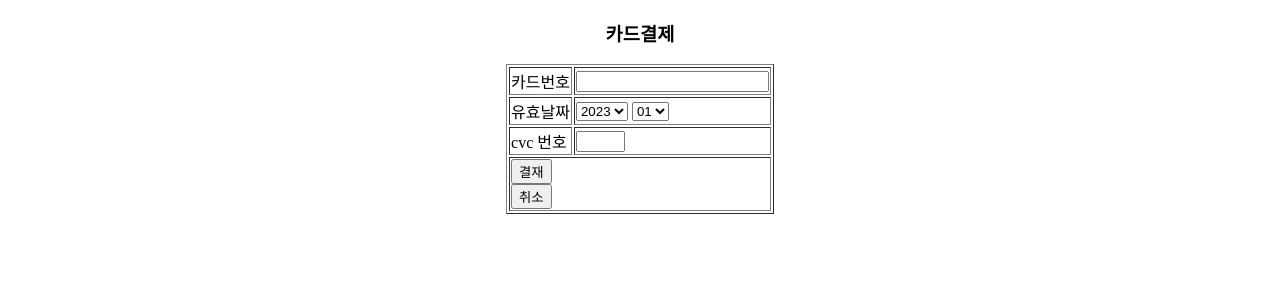
Repository: Juseong-Bang/jspWebProject
Page: http://localhost/FilmBooking/card.jsp
These files come from the project's save history. The page is drawn as it stood at one moment and after the next save; the edit follows.
The browser window is 1280 px wide. The pictures show the whole page.
The page is served by Tomcat 9.

Above is the page before, as saved 2017-12-02 08:50:04.

After the next save:
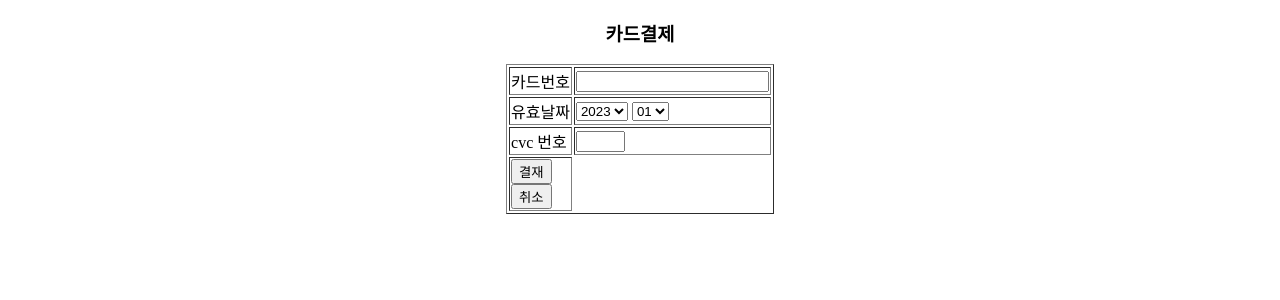
Saved 13 s later.
--- a/FilmBooking/WebContent/card.jsp
+++ b/FilmBooking/WebContent/card.jsp
@@ -44,7 +44,7 @@
 				<td><input type="password" size=3 name=cvc /></td>
 			</tr>
 			<tr>
-				<td colspan=2 width=150>
+				<td >
 					<form method="post" action="control.jsp">
 						<input type="submit" value="결재" /> <input type="hidden"
 							name="action" value="resv" /> <input type="hidden" name="oper"

After the save that followed:
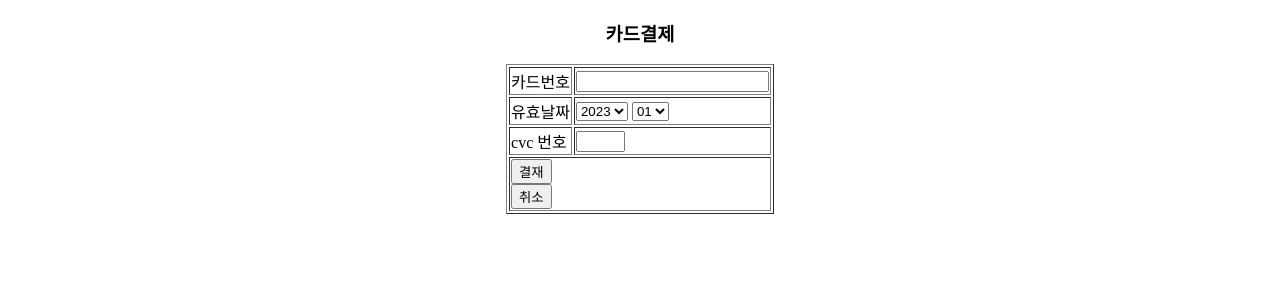
Saved 23 s later.
--- a/FilmBooking/WebContent/card.jsp
+++ b/FilmBooking/WebContent/card.jsp
@@ -44,9 +44,9 @@
 				<td><input type="password" size=3 name=cvc /></td>
 			</tr>
 			<tr>
-				<td >
+				<td colspan=2 width=150>
 					<form method="post" action="control.jsp">
-						<input type="submit" value="결재" /> <input type="hidden"
+						<input type="submit" align="center" value="결재" /> <input type="hidden"
 							name="action" value="resv" /> <input type="hidden" name="oper"
 							value="pay" /> <input type="hidden" name="rid"
 							value=<%=request.getAttribute("rid")%> />
